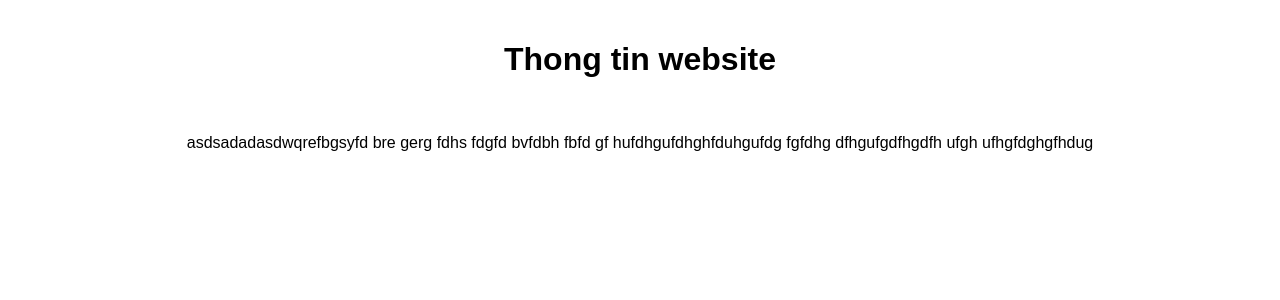
Repository: Thonghehe/Lab2_Web106
Page: Buoi2/l21.html
An editor plug-in stored every save of this project. The page is shown before and after the next save, followed by the edit.
The browser window is 1280 px wide. The pictures show the whole page.

Above is the page before, as saved 2024-03-13 21:36:59.
Not found: Buoi2/tải xuống.png

After the next save:
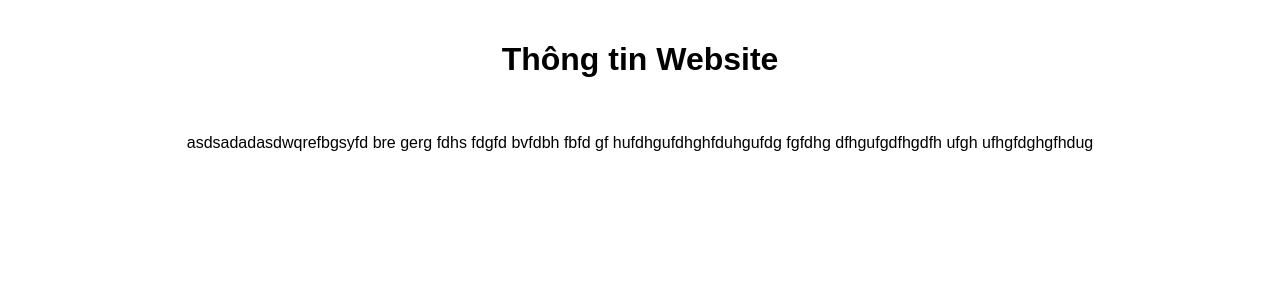
Saved 21 s later.
--- a/Buoi2/l21.html
+++ b/Buoi2/l21.html
@@ -40,7 +40,7 @@
 <body>
     <div class="container">
         <div class="content">
-            <h1>Thong tin website</h1>
+            <h1>Thông tin Website</h1>
             <img src="./tải xuống.png" alt="">
             <p>asdsadadasdwqrefbgsyfd bre gerg fdhs fdgfd bvfdbh fbfd gf hufdhgufdhghfduhgufdg fgfdhg dfhgufgdfhgdfh
                 ufgh
